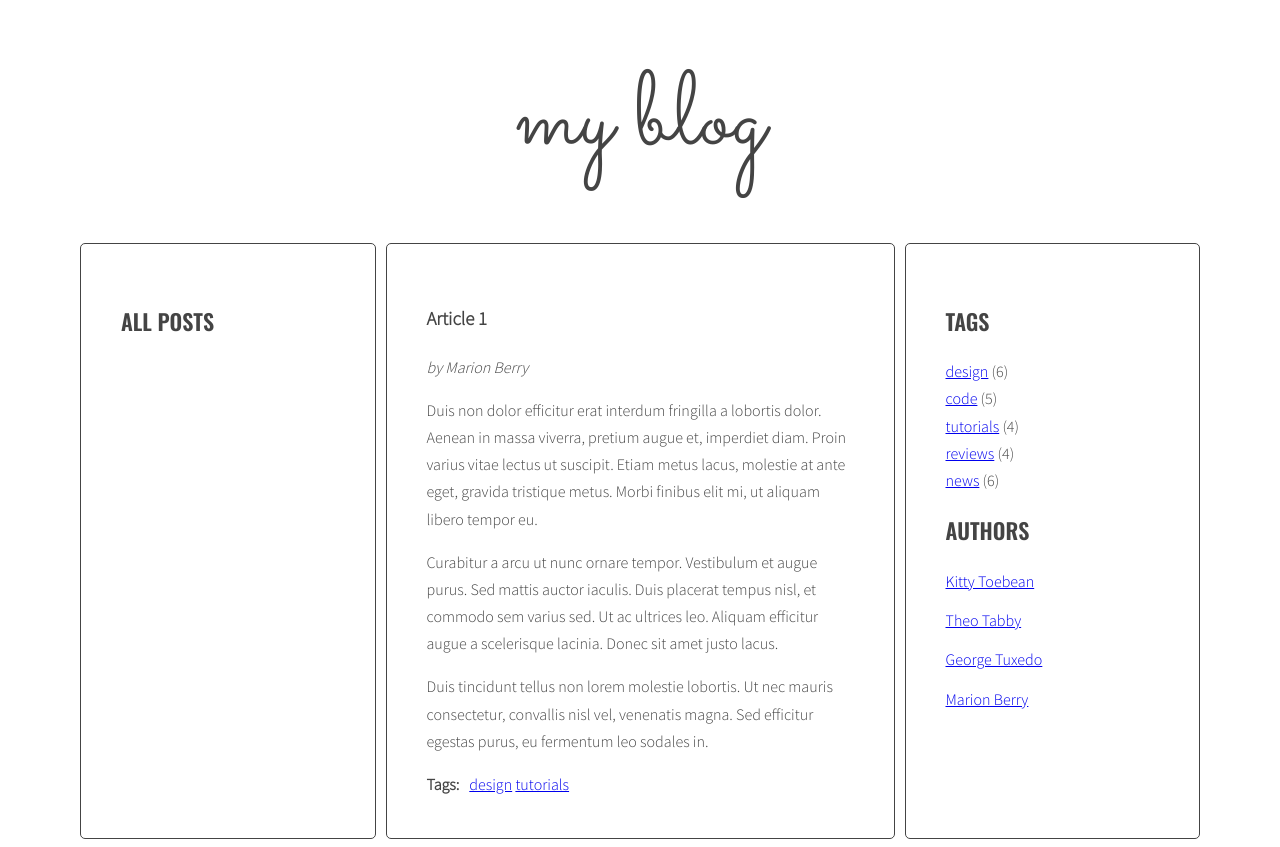
Repository: ulasup/javascript-blog
Page: index.html
The author's editor kept a copy of each file at every save. The page is drawn from the files as they stood at one save, then again after the next save.
The browser window is 1280 px wide. The pictures show the whole page.
The style sheet was rebuilt from its Sass, Less or Tailwind sources for each picture, by a compiler version that may differ from the author's.

Above is the page before, as saved 2020-12-13 14:37:34.

### index.html
<!DOCTYPE html>
<html  lang="en">
    <head>
        <meta charset="UTF-8">
        <title>Film blog</title>
        <link rel="stylesheet" href="css/style.css">
    </head>
    <body>
        <div class="blog">
            <div class="container">
              <h1 class="logo">my blog</h1>
              <main class="wrapper">
                <aside class="sidebar">
                  <h2 class="section-title">All posts</h2>
                  <ul class="list titles">

                  </ul>
                </aside>
                <section class="posts">
                  <article class="post active" id="article-1">
                    <h3 class="post-title">Article 1</h3>
                    <p class="post-author">by Marion Berry</p>
                    <div class="post-content">
                      <p>Duis non dolor efficitur erat interdum fringilla a lobortis dolor. Aenean in massa viverra, pretium augue et, imperdiet diam. Proin varius vitae lectus ut suscipit. Etiam metus lacus, molestie at ante eget, gravida tristique metus. Morbi finibus elit mi, ut aliquam libero tempor eu.</p>
                      <p>Curabitur a arcu ut nunc ornare tempor. Vestibulum et augue purus. Sed mattis auctor iaculis. Duis placerat tempus nisl, et commodo sem varius sed. Ut ac ultrices leo. Aliquam efficitur augue a scelerisque lacinia. Donec sit amet justo lacus.</p>
                      <p>Duis tincidunt tellus non lorem molestie lobortis. Ut nec mauris consectetur, convallis nisl vel, venenatis magna. Sed efficitur egestas purus, eu fermentum leo sodales in.</p>
                    </div>
                    <div class="post-tags">
                      <p><strong>Tags:</strong></p>
                      <ul class="list list-horizontal">
                        <li><a href="#">design</a></li>
                        <li><a href="#">tutorials</a></li>
                      </ul>
                    </div>
                  </article>
                  <article class="post" id="article-2">
                    <h3 class="post-title">Article 2</h3>
                    <p class="post-author">by Theo Tabby</p>
                    <div class="post-content">
                      <p>Phasellus sollicitudin, arcu vel iaculis ullamcorper, quam leo viverra orci, et faucibus quam sapien vel est. Maecenas ac suscipit elit. Nullam interdum, lorem vitae venenatis pulvinar, ex dui malesuada nunc, tempus cursus enim metus vel nulla.</p>
                      <p>Integer hendrerit, eros id efficitur dapibus, ante arcu ullamcorper orci, a iaculis felis turpis at purus. Quisque sodales posuere sapien vel consectetur. Duis dui urna, commodo non ante nec, mattis dictum enim. Donec aliquam erat sed diam lobortis, vel gravida lacus laoreet. Phasellus pretium maximus mi, eu posuere justo suscipit vel.</p>
                      <p>Nam magna nisl, varius in malesuada vitae, facilisis vel metus. Proin rhoncus euismod leo dictum lobortis. Suspendisse non ante sapien.</p>
                    </div>
                    <div class="post-tags">
                      <p><strong>Tags:</strong></p>
                      <ul class="list list-horizontal">
                        <li><a href="#">news</a></li>
                        <li><a href="#">code</a></li>
                      </ul>
                    </div>
                  </article>
                  <article class="post" id="article-3">
                    <h3 class="post-title">Article 3</h3>
                    <p class="post-author">by George Tuxedo</p>
                    <div class="post-content">
                      <p>Mauris vel pellentesque turpis, ac sodales nisl. Quisque iaculis mi velit, ut convallis tellus accumsan a. Quisque iaculis, nisi et dignissim tincidunt, nisl eros euismod nulla, finibus laoreet erat enim posuere elit.</p>
                      <p>Aenean at semper urna. Duis vel sapien molestie, egestas diam consequat, molestie nulla. Praesent a malesuada metus. Praesent et tempus leo.</p>
                      <p>Mauris in eleifend neque, vitae eleifend velit. Maecenas purus est, bibendum eget imperdiet id, dictum sed ante. Aenean a magna et eros sagittis aliquet.</p>
                    </div>
                    <div class="post-tags">
                      <p><strong>Tags:</strong></p>
                      <ul class="list list-horizontal">
                        <li><a href="#">news</a></li>
                        <li><a href="#">reviews</a></li>
                        <li><a href="#">design</a></li>
                      </ul>
                    </div>
                  </article>
                  <article class="post" id="article-4">
                    <h3 class="post-title">Article 4</h3>
                    <p class="post-author">by Kitty Toebean</p>
                    <div class="post-content">
                      <p>Morbi vel cursus nulla, vel varius mauris. Suspendisse sed elit sit amet risus faucibus vestibulum ut sit amet purus. Donec orci est, condimentum ut quam quis, scelerisque fringilla ligula.</p>
                      <p>Quisque bibendum nisl id quam sagittis, id pretium dolor scelerisque. Suspendisse non odio nec velit dapibus placerat non a libero.</p>
                      <p>Vivamus at tristique ex, feugiat sagittis ex. Cras cursus, ipsum et efficitur commodo, urna sapien rutrum magna, quis sodales justo ligula eget nunc. In hac habitasse platea dictumst.</p>
                    </div>
                    <div class="post-tags">
                      <p><strong>Tags:</strong></p>
                      <ul class="list list-horizontal">
                        <li><a href="#">tutorials</a></li>
                        <li><a href="#">code</a></li>
                        <li><a href="#">design</a></li>
                      </ul>
                    </div>
                  </article>
                  <article class="post" id="article-5">
                    <h3 class="post-title">Article 5</h3>
                    <p class="post-author">by Marion Berry</p>
                    <div class="post-content">
                      <p>Suspendisse sem eros, euismod condimentum arcu ac, consequat fermentum orci. Nam convallis lacus nec interdum vestibulum. Vestibulum luctus, quam eu tristique ornare, lorem nibh sodales enim, vitae tempor dolor ante vitae tortor.</p>
                      <p>Duis venenatis metus quis luctus lobortis. In porttitor ipsum eget ligula aliquam ornare. Cras malesuada urna id volutpat sodales.</p>
                      <p>Donec lobortis ultricies turpis, eu viverra magna gravida quis. Fusce sit amet pretium nulla. Duis rutrum metus vel libero sodales, pellentesque varius ex pulvinar.</p>
                    </div>
                    <div class="post-tags">
                      <p><strong>Tags:</strong></p>
                      <ul class="list list-horizontal">
                        <li><a href="#">design</a></li>
                        <li><a href="#">reviews</a></li>
                      </ul>
                    </div>
                  </article>
                  <article class="post" id="article-6">
                    <h3 class="post-title">Article 6</h3>
                    <p class="post-author">by George Tuxedo</p>
                    <div class="post-content">
                      <p>Donec posuere iaculis ante sed hendrerit. Lorem ipsum dolor sit amet, consectetur adipiscing elit. Quisque hendrerit neque nec urna tincidunt, quis vehicula dui vulputate. Morbi est sapien, auctor ut lectus eu, placerat viverra lorem.</p>
                      <p>Cras consectetur at erat id accumsan. Suspendisse lacinia in nulla quis vulputate. Nunc vitae consectetur augue. Nam ut vehicula mi. Aliquam tristique, purus in hendrerit porta, elit lectus finibus mi, vel malesuada nisl lectus a libero.</p>
                      <p>Nam quis efficitur ante. Sed eget purus quis ex commodo porta eu sit amet dolor. Mauris tellus nisl, dictum nec est vitae, condimentum ornare ante. Fusce ornare hendrerit maximus. In maximus rhoncus justo.</p>
                    </div>
                    <div class="post-tags">
                      <p><strong>Tags:</strong></p>
                      <ul class="list list-horizontal">
                        <li><a href="#">reviews</a></li>
                        <li><a href="#">code</a></li>
                      </ul>
                    </div>
                  </article>
                  <article class="post" id="article-7">
                    <h3 class="post-title">Article 7</h3>
                    <p class="post-author">by Kitty Toebean</p>
                    <div class="post-content">
                      <p>Donec eleifend mauris ac nisl fermentum, ac fermentum turpis dignissim. Aliquam diam nisl, imperdiet a varius eget, lobortis sed nisi. Nullam suscipit ipsum sed magna blandit, sed pellentesque urna malesuada.</p>
                      <p>Duis vestibulum arcu et lectus viverra porta. Praesent tempor lacus eget quam mattis, sit amet venenatis diam ultrices. Morbi gravida sapien quis ligula tincidunt, vel sagittis erat ultrices.</p>
                      <p>Ut orci tellus, laoreet ac diam ut, tempus bibendum nisi. Nam egestas sagittis nibh. Curabitur tristique dui quis egestas pretium. Duis eu felis orci.</p>
                    </div>
                    <div class="post-tags">
                      <p><strong>Tags:</strong></p>
                      <ul class="list list-horizontal">
                        <li><a href="#">code</a></li>
                        <li><a href="#">news</a></li>
                      </ul>
                    </div>
                  </article>
                  <article class="post" id="article-8">
                    <h3 class="post-title">Article 8</h3>
                    <p class="post-author">by Theo Tabby</p>
                    <div class="post-content">
                      <p>Praesent quis imperdiet erat. Curabitur tempor sapien a interdum malesuada. Proin libero erat, sagittis a sollicitudin eget, pulvinar nec risus. Cras et suscipit sem.</p>
                      <p>Maecenas consequat diam nec sollicitudin congue. Aenean porttitor porttitor quam, condimentum interdum metus congue sed. Donec at nulla ipsum.</p>
                      <p>Mauris non congue dui. Aenean ac eros vitae massa vulputate aliquet ut ac elit. Morbi iaculis auctor nunc aliquet luctus. Nunc tincidunt sem dui, quis interdum leo pellentesque eget. Fusce id leo varius, imperdiet nunc vitae, tristique mi. Mauris quis interdum justo. Mauris auctor purus eu leo faucibus feugiat. Nulla at odio vitae leo semper blandit.</p>
                    </div>
                    <div class="post-tags">
                      <p><strong>Tags:</strong></p>
                      <ul class="list list-horizontal">
                        <li><a href="#">news</a></li>
                        <li><a href="#">design</a></li>
                        <li><a href="#">tutorials</a></li>
                      </ul>
                    </div>
                  </article>
                  <article class="post" id="article-9">
                    <h3 class="post-title">Article 9</h3>
                    <p class="post-author">by Marion Berry</p>
                    <div class="post-content">
                      <p>Tam et facilisis purus. Donec vulputate est quis lobortis posuere. Nunc vitae lorem ut odio faucibus pulvinar nec in justo. Ut ut ante ac tellus ornare tempus. Nunc maximus, tortor et dictum convallis, nunc libero posuere leo, scelerisque ultrices arcu sapien ut tellus.</p>
                      <p>Fusce lacinia augue massa, non tincidunt tortor auctor quis. Vestibulum ut pretium nisl. Etiam id tellus tempus, commodo ligula vehicula, porta magna.</p>
                      <p>Donec fringilla blandit dolor vel aliquet. Fusce tortor sapien, lobortis eu vehicula sit amet, dignissim et lectus. In ullamcorper metus vel massa fermentum, at fermentum dui sollicitudin. Nullam lacinia elit vel tortor ullamcorper pulvinar.</p>
                    </div>
                    <div class="post-tags">
                      <p><strong>Tags:</strong></p>
                      <ul class="list list-horizontal">
                        <li><a href="#">news</a></li>
                        <li><a href="#">tutorials</a></li>
                      </ul>
                    </div>
                  </article>
                  <article class="post" id="article-10">
                    <h3 class="post-title">Article 10</h3>
                    <p class="post-author">by George Tuxedo</p>
                    <div class="post-content">
                      <p>Aliquam erat volutpat. Ut non eleifend lectus. Donec suscipit tellus tempor, ornare dui id, hendrerit neque. Phasellus lacinia laoreet dui in luctus. Sed hendrerit, magna sit amet varius tempor, augue augue scelerisque est, non scelerisque mauris libero eu sapien.</p>
                      <p>Sed at sapien in quam sollicitudin aliquam. In interdum metus a mi porttitor luctus. Sed commodo, arcu id lacinia posuere, felis elit pharetra urna, at feugiat est orci sit amet libero. Quisque in nisl est. Nullam vehicula at lectus non luctus. Cras aliquam neque magna, at varius nisi egestas ut.</p>
                      <p>Rhoncus purus nulla, non auctor lacus placerat ut. Aliquam condimentum eget magna ac gravida. Etiam egestas faucibus urna et finibus. Cras vel tellus vel magna suscipit euismod. Maecenas id arcu ante. Duis iaculis scelerisque erat, at ullamcorper arcu consectetur eu. Fusce aliquam diam at arcu pharetra, vel fermentum nunc lobortis.</p>
                    </div>
                    <div class="post-tags">
                      <p><strong>Tags:</strong></p>
                      <ul class="list list-horizontal">
                        <li><a href="#">code</a></li>
                        <li><a href="#">design</a></li>
                        <li><a href="#">news</a></li>
                        <li><a href="#">reviews</a></li>
                      </ul>
                    </div>
                  </article>
                </section>
                <aside class="sidebar">
                  <h2 class="section-title">Tags</h2>
                  <ul class="list tags">
                    <li><a href="#">design</a> <span>(6)</span></li>
                    <li><a href="#">code</a> <span>(5)</span></li>
                    <li><a href="#">tutorials</a> <span>(4)</span></li>
                    <li><a href="#">reviews</a> <span>(4)</span></li>
                    <li><a href="#">news</a> <span>(6)</span></li>
                  </ul>
                  <h2 class="section-title">Authors</h2>
                  <ul class="list authors">
                    <li>
                      <a href="#">
                        <span class="author-name">Kitty Toebean</span>
                      </a>
                    </li>
                    <li>
                      <a href="#">
                        <span class="author-name">Theo Tabby</span>
                      </a>
                    </li>
                    <li>
                      <a href="#">
                        <span class="author-name">George Tuxedo</span>
                      </a>
                    </li>
                    <li>
                      <a href="#">
                        <span class="author-name">Marion Berry</span>
                      </a>
                    </li>
                  </ul>
                </aside>
              </main>
            </div>
          </div>
    <script src="js/script.js"></script>
    </body>
</html>

### js/script.js
'use strict';

function titleClickHandler(event){
    event.preventDefault();
    console.log('Link was clicked!');
    console.log(event);

  /* [DONE] remove class 'active' from all article links  */
    const activeLinks = document.querySelectorAll('.titles a.active');

    for(let activeLink of activeLinks){
    activeLink.classList.remove('active');
    }

  /* [DONE] add class 'active' to the clicked link */
    const clickedElement = this;
    clickedElement.classList.add('active');
    console.log('clickedElement:', clickedElement);

  /* [DONE] remove class 'active' from all articles */
    const activeArticles = document.querySelectorAll('.post.active');

    for(let activeArticle of activeArticles){
    activeArticle.classList.remove('active');
    }

  /* [DONE] get 'href' attribute from the clicked link */
    const atribute = clickedElement.getAttribute('href');
    console.log(atribute);

  /* [DONE] find the correct article using the selector (value of 'href' attribute) */
    const clickedArticles = document.querySelectorAll(atribute);
    console.log(clickedArticles);

  /* [DONE] add class 'active' to the correct article */
  for(let clickedArticle of clickedArticles){
    clickedArticle.classList.add('active');
    }
}

const links = document.querySelectorAll('.titles a');

for(let link of links){
    link.addEventListener('click', titleClickHandler);
}

const optArticleSelector = '.post',
      optTitleSelector = '.post-title',
      optTitleListSelector = '.titles';

function generateTitleLinks(){

  /* [DONE] remove contents of titleList */
  const titleList = document.querySelector(optTitleListSelector);
  console.log(titleList);
  titleList.innerHTML = '';

  /* for each article */
  const articles = document.querySelectorAll(optArticleSelector);

  for (let article of articles){

    /* [DONE] get the article id */
    const articleId = article.getAttribute('id');

    /* [DONE] find the title element */
    /* [DONE] get the title from the title element */
    const articleTitle = article.querySelector(optTitleSelector).innerHTML;

    /* create HTML of the link */
    const linkHTML = '<li><a href="#' + articleId + '"><span>' + articleTitle + '</span></a></li>';
    console.log(linkHTML);

    /* insert link into titleList */
  }
}

generateTitleLinks();

Loaded but not shown: sass/style.scss (120 lines, source omitted)

After the next save:
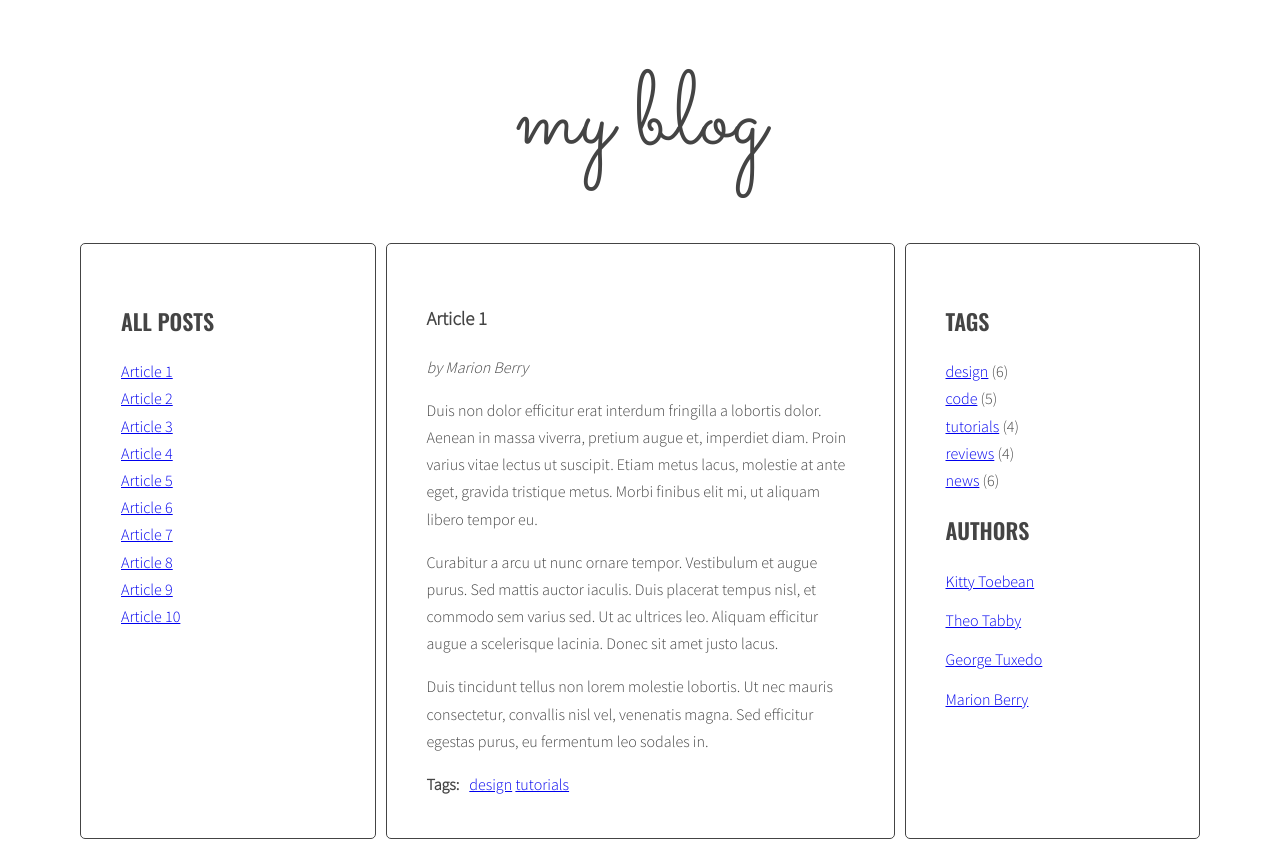
Saved 7 min 41 s later.
--- a/js/script.js
+++ b/js/script.js
@@ -58,6 +58,8 @@
   /* for each article */
   const articles = document.querySelectorAll(optArticleSelector);
 
+  let html = '';
+
   for (let article of articles){
 
     /* [DONE] get the article id */
@@ -72,7 +74,10 @@
     console.log(linkHTML);
 
     /* insert link into titleList */
+    html = html + linkHTML;
   }
+
+  titleList.innerHTML = html;
 }
 
 generateTitleLinks();

After the 4 saves that followed:
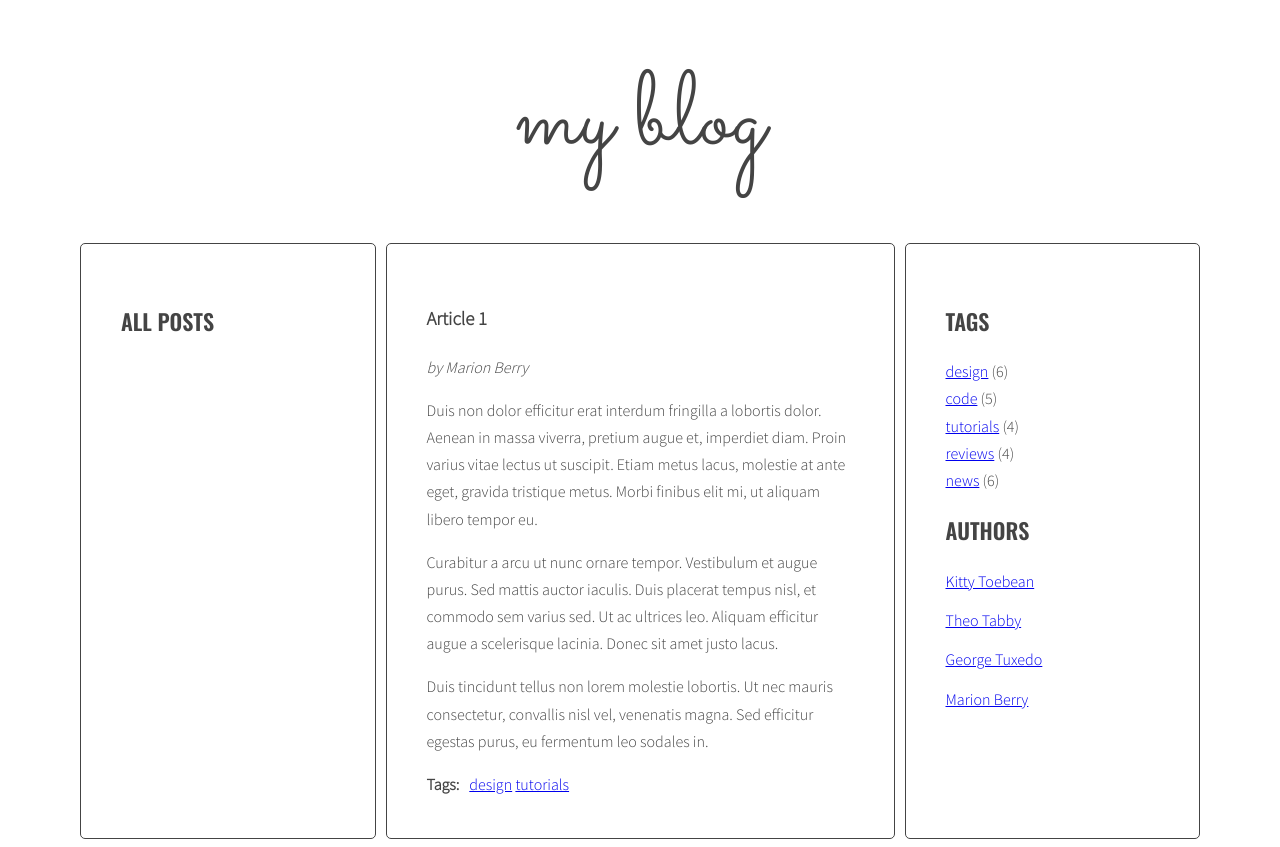
Console error: ReferenceError: clickedElement is not defined
The 4 saves are shown as one change because 3 left the picture as it was.
The last was saved 7 min 28 s later.
--- a/js/script.js
+++ b/js/script.js
@@ -38,12 +38,6 @@
     }
 }
 
-const links = document.querySelectorAll('.titles a');
-
-for(let link of links){
-    link.addEventListener('click', titleClickHandler);
-}
-
 const optArticleSelector = '.post',
       optTitleSelector = '.post-title',
       optTitleListSelector = '.titles';
@@ -63,7 +57,7 @@
   for (let article of articles){
 
     /* [DONE] get the article id */
-    const articleId = article.getAttribute('id');
+    const articleId = clickedElement.getAttribute('id');
 
     /* [DONE] find the title element */
     /* [DONE] get the title from the title element */
@@ -75,6 +69,14 @@
 
     /* insert link into titleList */
     html = html + linkHTML;
+    console.log(html);
+
+    const links = document.querySelectorAll('.titles a');
+    console.log(links);
+
+    for(let link of links){
+    link.addEventListener('click', titleClickHandler);
+}
   }
 
   titleList.innerHTML = html;
